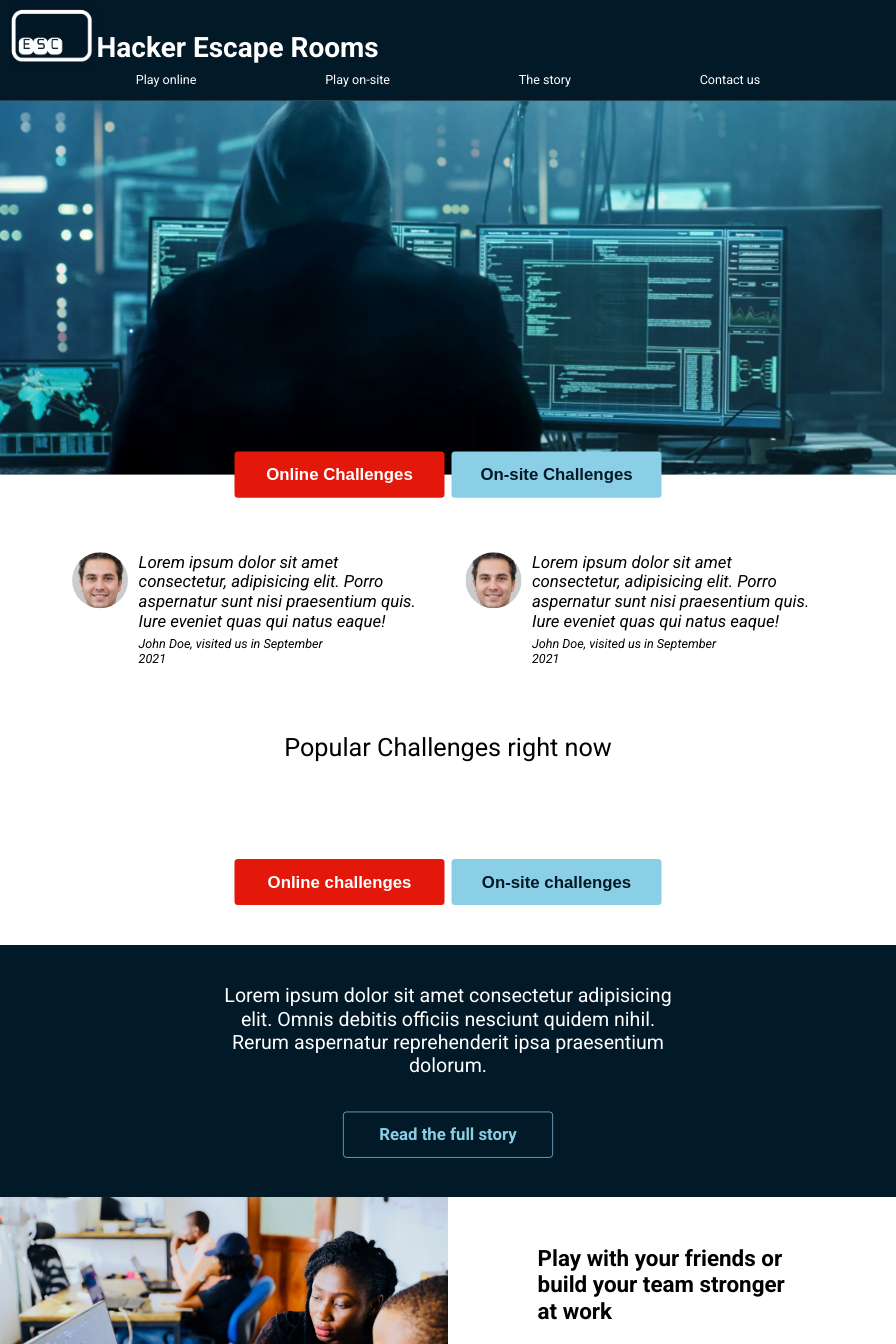
Repository: KarimIsaac/HackerEscapeRooms
Page: index.html
An editor plug-in stored every save of this project. The page is shown before and after the next save, followed by the edit.
The browser window is 1280 px wide. The pictures show the part of the page from y = 0 to 1920 px (the page is 2990 px tall), at 70% of full size.
The page's requests for data from a server got no answer.

Above is the page before, as saved 2022-06-05 01:34:43.

After the next save:
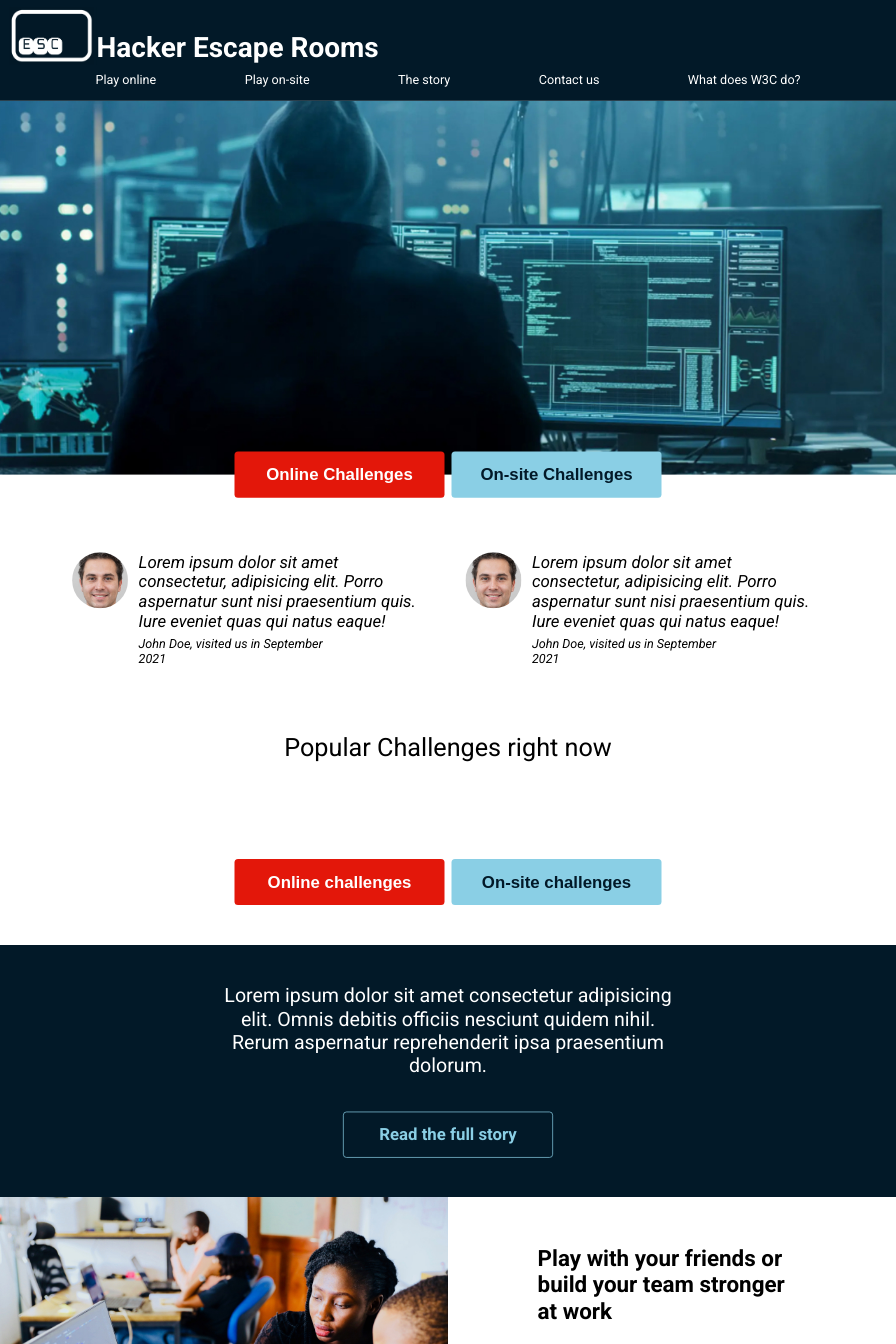
Saved 13 s later.
--- a/index.html
+++ b/index.html
@@ -32,6 +32,7 @@
                 <li><a href="./src/Pages/challengesPage.html">Play on-site</a></li>
                 <li><a href="#">The story</a></li>
                 <li> <a href="#">Contact us</a></li>
+                <li><a href="faq1.html">What does W3C do?</a></li>
             </ul>
         </nav>
         <button id="meny-btn"> <i class="fas fa-bars"></i></button>
